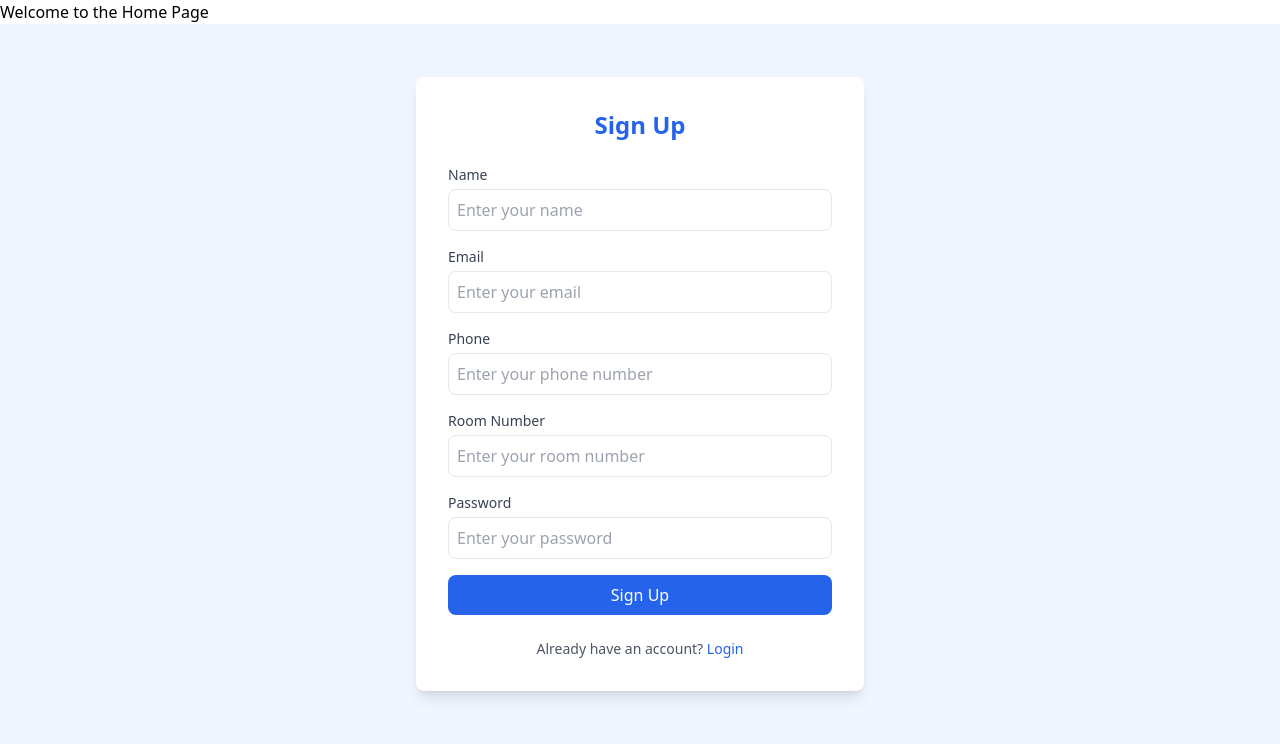
Repository: makanda596/system
Page: /signup (app in client/)
An editor plug-in stored every save of this project. The page is shown before and after the next save, followed by the edit.
The browser window is 1280 px wide. The pictures show the whole page.
The project was rebuilt for these pictures with package versions that can differ from the ones it lists, and the page was loaded fresh each time. Also part of the build but not shown: client/src/Home.jsx, client/src/LoginForm.jsx. Imported but missing from the stored project, and not drawn on this page: client/src/reportWebVitals.

Above is the page before, as saved 2024-12-03 08:10:14.

### client/src/App.js
import React from 'react';
import { BrowserRouter as Router, Route, Routes } from 'react-router-dom';
import Home from './Home.jsx'
import SignUpForm from './SignUpForm.jsx'
import LoginForm from './LoginForm.jsx'
function App() {
  return (
    <div>
      <h1>Welcome to the Home Page</h1>
      <Router>
        <Routes>
          <Route path="/signup" element={<SignUpForm />} />
          <Route path='/login' element={<LoginForm />} />

        </Routes>
      </Router>
    </div>
  );
}

export default App;

### client/src/SignUpForm.jsx
import React, { useState } from 'react';
import axios from 'axios';

function SignUpForm() {
    const [formData, setFormData] = useState({
        name: '',
        email: '',
        phone: '',
        roomNumber: '',
        password: ''
    });

    const [message, setMessage] = useState('');
    const [isError, setIsError] = useState(false);

    const handleChange = (e) => {
        setFormData({ ...formData, [e.target.name]: e.target.value });
    };

    const handleSubmit = async (e) => {
        e.preventDefault();
        try {
            const response = await axios.post('http://localhost:5000/signup', formData);
            setIsError(false);
            setMessage(response.data.message);
            setFormData({ name: '', email: '', phone: '', roomNumber: '', password: '' });
        } catch (error) {
            setIsError(true);
            setMessage(error.response?.data?.message || 'An error occurred. Please try again.');
        }
    };

    return (
        <div className="min-h-screen bg-blue-50 flex items-center justify-center">
            <div className="bg-white p-8 rounded-lg shadow-lg w-full max-w-md">
                <h1 className="text-2xl font-bold text-blue-600 text-center mb-6">Sign Up</h1>
                <form onSubmit={handleSubmit} className="space-y-4">
                    <div>
                        <label className="block text-sm font-medium text-gray-700">Name</label>
                        <input
                            type="text"
                            name="name"
                            value={formData.name}
                            onChange={handleChange}
                            className="mt-1 p-2 w-full border rounded-lg focus:ring-blue-500 focus:border-blue-500"
                            placeholder="Enter your name"
                            required
                        />
                    </div>
                    <div>
                        <label className="block text-sm font-medium text-gray-700">Email</label>
                        <input
                            type="email"
                            name="email"
                            value={formData.email}
                            onChange={handleChange}
                            className="mt-1 p-2 w-full border rounded-lg focus:ring-blue-500 focus:border-blue-500"
                            placeholder="Enter your email"
                            required
                        />
                    </div>
                    <div>
                        <label className="block text-sm font-medium text-gray-700">Phone</label>
                        <input
                            type="text"
                            name="phone"
                            value={formData.phone}
                            onChange={handleChange}
                            className="mt-1 p-2 w-full border rounded-lg focus:ring-blue-500 focus:border-blue-500"
                            placeholder="Enter your phone number"
                            required
                        />
                    </div>
                    <div>
                        <label className="block text-sm font-medium text-gray-700">Room Number</label>
                        <input
                            type="text"
                            name="roomNumber"
                            value={formData.roomNumber}
                            onChange={handleChange}
                            className="mt-1 p-2 w-full border rounded-lg focus:ring-blue-500 focus:border-blue-500"
                            placeholder="Enter your room number"
                            required
                        />
                    </div>
                    <div>
                        <label className="block text-sm font-medium text-gray-700">Password</label>
                        <input
                            type="password"
                            name="password"
                            value={formData.password}
                            onChange={handleChange}
                            className="mt-1 p-2 w-full border rounded-lg focus:ring-blue-500 focus:border-blue-500"
                            placeholder="Enter your password"
                            required
                        />
                    </div>
                    <button
                        type="submit"
                        className="w-full py-2 px-4 bg-blue-600 text-white rounded-lg hover:bg-blue-700 transition duration-300"
                    >
                        Sign Up
                    </button>
                </form>
                {message && (
                    <p
                        className={`mt-4 text-center text-sm ${isError ? 'text-red-500' : 'text-green-500'
                            }`}
                    >
                        {message}
                    </p>
                )}
                <div className="mt-6 text-center">
                    <p className="text-sm text-gray-600">
                        Already have an account?{' '}
                        <a href="/login" className="text-blue-600 hover:underline">
                            Login
                        </a>
                    </p>
                </div>
            </div>
        </div>
    );
}

export default SignUpForm;

Loaded but not shown: client/src/index.js (common file); client/src/index.css (common file); client/tailwind.config.js (common file)

After the next save:
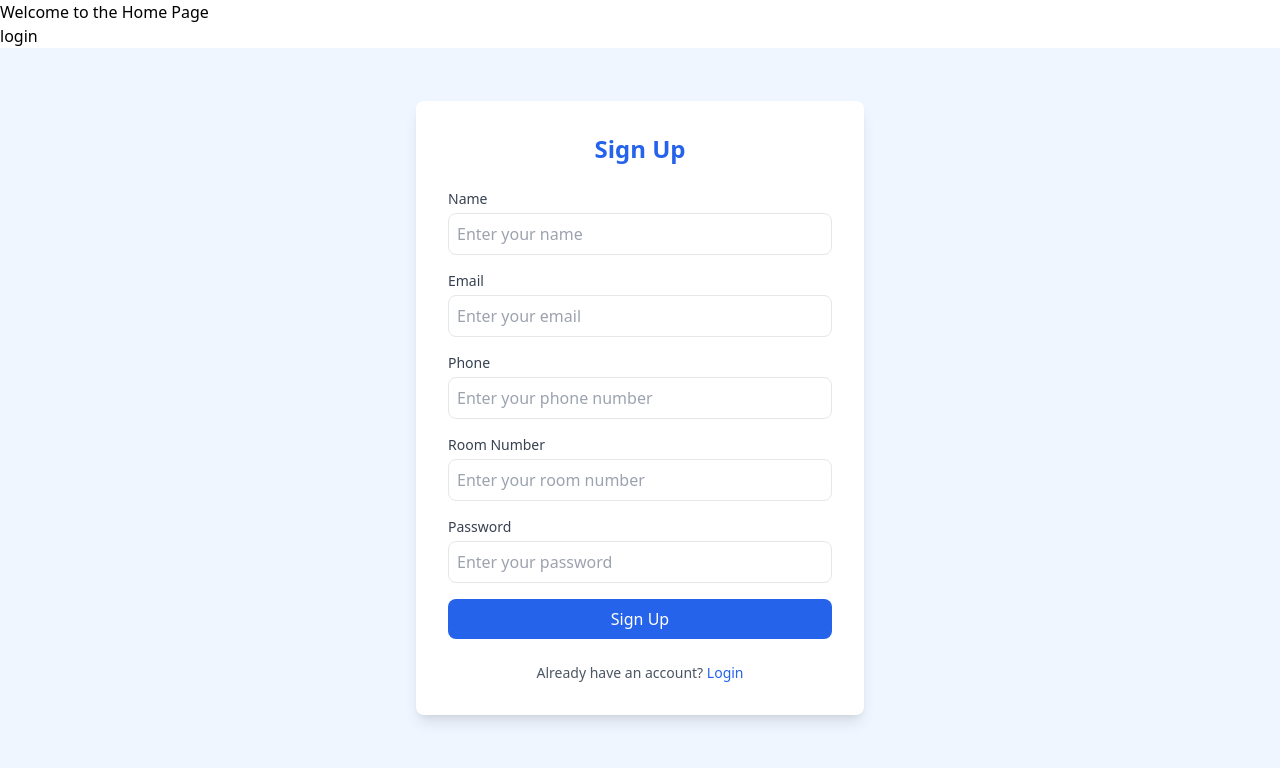
Saved 26 s later.
--- a/client/src/App.js
+++ b/client/src/App.js
@@ -7,6 +7,7 @@ function App() {
   return (
     <div>
       <h1>Welcome to the Home Page</h1>
+      <a href='/login' >login</a>
       <Router>
         <Routes>
           <Route path="/signup" element={<SignUpForm />} />
